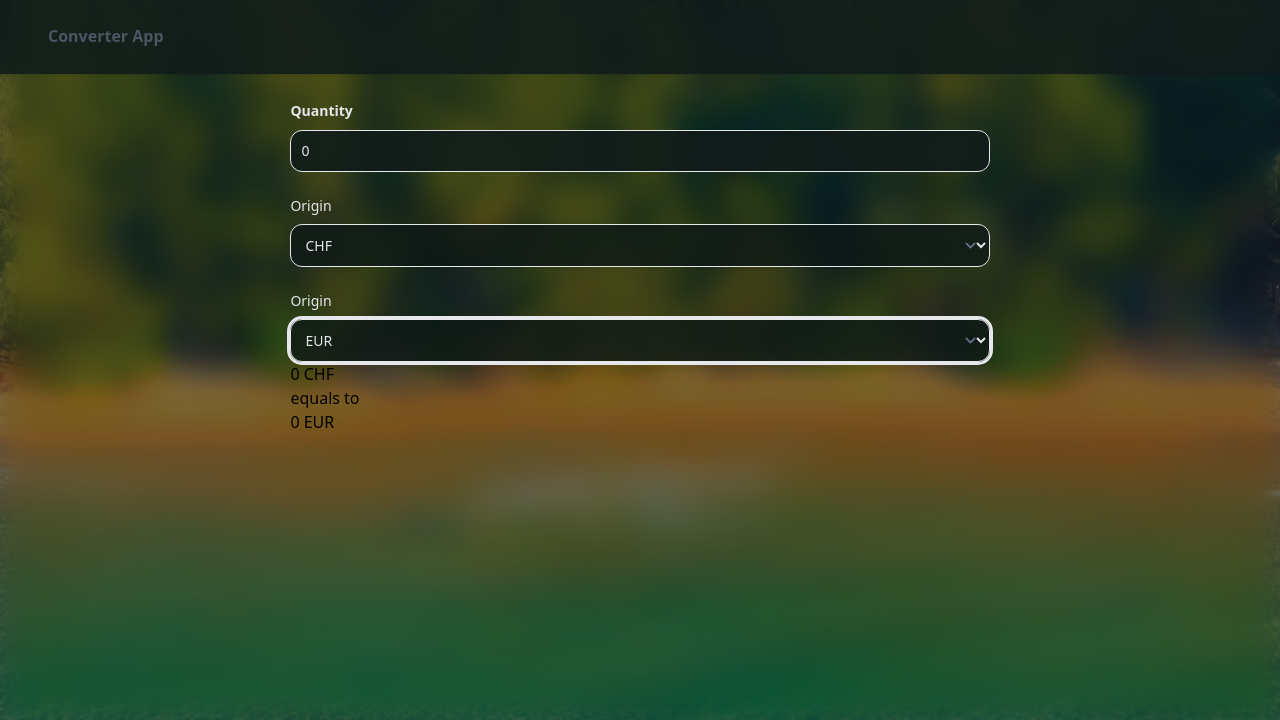
Repository: mikelCabezas/angular-exercices
Page: / (app in converter/)
These files come from the project's save history. The page is drawn as it stood at one moment and after the next save; the edit follows.
The browser window is 1280 px wide. The pictures show the whole page.
The project was rebuilt for these pictures with package versions that can differ from the ones it lists, and the page was loaded fresh each time. Also part of the build but not shown: converter/angular.json.

Above is the page before, as saved 2023-09-15 21:39:11.

### converter/src/styles.css
@tailwind base;
@tailwind components;
@tailwind utilities;

body {
    background-image: url('./assets/sunset-beach.jpeg');
    background-position: center;
}

### converter/src/app/app.module.ts
import { NgModule } from '@angular/core';
import { BrowserModule } from '@angular/platform-browser';
import { FormsModule } from '@angular/forms';

import { AppComponent } from './app.component';
import { NavbarComponent } from './components/navbar/navbar.component';
import { ConverterComponent } from './components/converter/converter.component';

@NgModule({
  declarations: [
    AppComponent,
    NavbarComponent,
    ConverterComponent
  ],
  imports: [
    BrowserModule,
    FormsModule
  ],
  providers: [],
  bootstrap: [AppComponent]
})
export class AppModule { }

### converter/src/app/app.component.ts
import { Component } from '@angular/core';

@Component({
  selector: 'app-root',
  templateUrl: './app.component.html',
  styleUrls: ['./app.component.css']
})
export class AppComponent {
  title = 'converter';
}

### converter/src/app/components/converter/converter.component.ts
import { Component } from '@angular/core';

@Component({
  selector: 'app-converter',
  templateUrl: './converter.component.html',
  styleUrls: ['./converter.component.css']
})
export class ConverterComponent {
  quantity = 0
  convertedQuantity = 0
  currency = 'CHF'
  convertTo = 'EUR'

  currencies: string[] = ['EUR', 'USD', 'CHF']

  converse() {
    switch (this.currency) {
      case 'CHF':
        if (this.convertTo === 'CHF') this.convertedQuantity = this.quantity
        if (this.convertTo === 'EUR') this.convertedQuantity = this.quantity
        break;
      case 'EUR':

        break;
      case 'USD':

        break;
    }
  }
}

### converter/src/app/app.component.html
<div class="root min-w-screen min-h-screen bg-gray-900Z bg-[#11192890] backdrop-saturate-200 backdrop-blur-lg">
    <app-navbar/>
    <app-converter/>
</div>

### converter/src/app/components/navbar/navbar.component.html
<nav class="shadow bg-[rgba(16,28,26,0.9)] ">
    <div class="container flex items-center  p-6 mx-auto text-gray-600 capitalize dark:text-gray-300">
        <a href="#" class="border-b-2 border-transparent hover:text-gray-800 dark:hover:text-gray-200 hover:border-blue-500 mx-1.5 sm:mx-6 font-bold">
            Converter App
        </a>
    </div>
</nav>

### converter/src/app/components/converter/converter.component.html
<div class="container mx-auto p-6 flex justify-center">
    <div class="row w-3/5">
        <div class="col px-5">
            <div class="mb-6">
                <label for="email" class="text-sm text-gray-200 font-bold">Quantity</label>
                <input [(ngModel)]="quantity" (input)="converse()" type="number" placeholder="Quantity..." class="mt-2 flex w-full items-center justify-center rounded-xl border bg-[rgba(16,28,26,0.9)] p-2.5 text-sm outline-none border-gray-200 placeholder-gray-400 text-gray-200">
            </div>
        </div>
        <div class="col px-5 mb-6">
            <label for="currency" class="block mb-2 text-sm font-medium text-gray-200">Origin</label>
            <select id="currency" placeholder="Choose a currency" class="text-sm rounded-xl block w-full p-2.5 bg-[rgba(13,24,23,0.8)] border-gray-200 border-[1px] placeholder-gray-400 text-gray-200 focus:white" [(ngModel)]="currency" (change)="converse()">
                <option *ngFor="let singleCurrency of currencies">{{singleCurrency}}</option>

            </select>
        </div>
        <div class="col px-5">
            <label for="conversion" class="block mb-2 text-sm font-medium text-gray-200">Origin</label>
            <select id="conversion" placeholder="Choose a currency" class="outline text-sm rounded-xl block w-full p-2.5 bg-[rgba(13,24,23,0.8)] border-gray-200 border-[1px] placeholder-gray-200 text-gray-200 focus:white" [(ngModel)]="convertTo" (change)="converse()">
                <option *ngFor="let singleCurrency of currencies">{{singleCurrency}}</option>
            </select>
        </div>
        <div class="col px-5 text center">
            <div>
                <p>{{quantity}} {{currency}}</p>
            </div>
            <div>
                <p>equals to</p>
            </div>
            <div>
                <p>{{convertedQuantity}} {{convertTo}}</p>
            </div>
        </div>
    </div>
</div>

### converter/src/app/components/converter/converter.component.css
select {
    background: rgba(13, 24, 23, 0.8) url("data:[embedded picture, 232 characters]");
    background-position: right 0.5rem center;
    background-repeat: no-repeat;
    background-size: 1.5em 1.5em;
}

Loaded but not shown: converter/src/index.html (common file); converter/src/main.ts (common file); converter/src/app/components/navbar/navbar.component.ts (common file); converter/tailwind.config.js (common file); converter/src/app/app.component.css (no stored copy; drawn as an empty file); converter/src/app/components/navbar/navbar.component.css (no stored copy; drawn as an empty file)

After the next save:
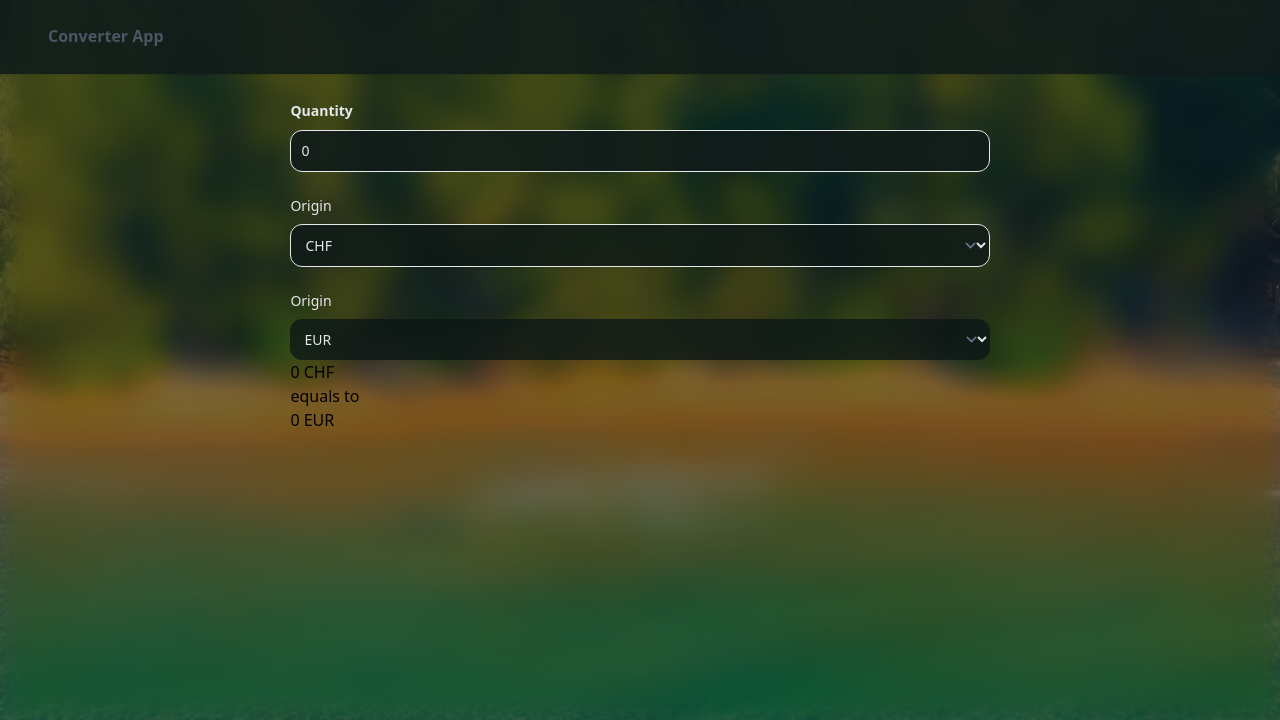
Saved 47 s later.
--- a/converter/src/app/components/converter/converter.component.html
+++ b/converter/src/app/components/converter/converter.component.html
@@ -15,7 +15,7 @@
         </div>
         <div class="col px-5">
             <label for="conversion" class="block mb-2 text-sm font-medium text-gray-200">Origin</label>
-            <select id="conversion" placeholder="Choose a currency" class="outline text-sm rounded-xl block w-full p-2.5 bg-[rgba(13,24,23,0.8)] border-gray-200 border-[1px] placeholder-gray-200 text-gray-200 focus:white" [(ngModel)]="convertTo" (change)="converse()">
+            <select id="conversion" placeholder="Choose a currency" class="text-sm rounded-xl block w-full p-2.5 bg-[rgba(13,24,23,0.8)] border-gray-200 borderx-[1px] placeholder-gray-200 text-gray-200 focus:white" [(ngModel)]="convertTo" (change)="converse()">
                 <option *ngFor="let singleCurrency of currencies">{{singleCurrency}}</option>
             </select>
         </div>
